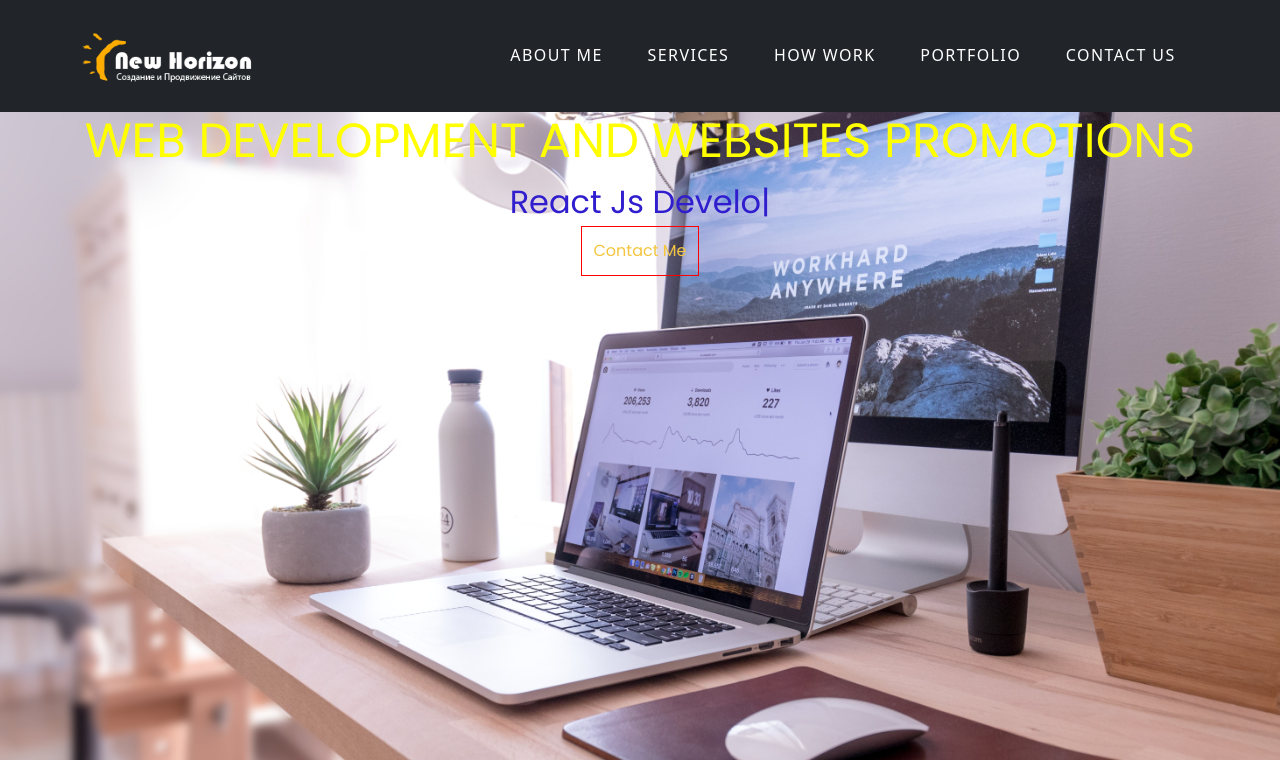
Repository: ahmedibrahimhassan654/React-Bootstrap-5
Page: /
An editor plug-in stored every save of this project. The page is shown before and after a run of saves, followed by the edit.
The browser window is 1280 px wide. The pictures show the whole page.
The project was rebuilt for these pictures with package versions that can differ from the ones it lists, and the page was loaded fresh each time.

Above is the page before, as saved 2021-11-25 07:35:32.

### public/index.html
<!DOCTYPE html>
<html lang="en">
  <head>
    <meta charset="utf-8" />
    <link rel="icon" href="%PUBLIC_URL%/favicon.ico" />
    <meta name="viewport" content="width=device-width, initial-scale=1" />
    <meta name="theme-color" content="#000000" />
    <meta
      name="description"
      content="Web site created using create-react-app"
    />
    <link rel="apple-touch-icon" href="%PUBLIC_URL%/logo192.png" />
    <!--
      manifest.json provides metadata used when your web app is installed on a
      user's mobile device or desktop. See https://developers.google.com/web/fundamentals/web-app-manifest/
    -->
    <link rel="manifest" href="%PUBLIC_URL%/manifest.json" />
    <!--
      Notice the use of %PUBLIC_URL% in the tags above.
      It will be replaced with the URL of the `public` folder during the build.
      Only files inside the `public` folder can be referenced from the HTML.

      Unlike "/favicon.ico" or "favicon.ico", "%PUBLIC_URL%/favicon.ico" will
      work correctly both with client-side routing and a non-root public URL.
      Learn how to configure a non-root public URL by running `npm run build`.
    -->
    <title>React App</title>
  </head>
  <body>
    <noscript>You need to enable JavaScript to run this app.</noscript>
    <div id="root"></div>


 <script src="https://cdn.jsdelivr.net/npm/bootstrap@5.0.2/dist/js/bootstrap.bundle.min.js" integrity="sha384-MrcW6ZMFYlzcLA8Nl+NtUVF0sA7MsXsP1UyJoMp4YLEuNSfAP+JcXn/tWtIaxVXM" crossorigin="anonymous"></script>

  </body>
</html>

### src/App.js
import "./App.css";
import "bootstrap/dist/css/bootstrap.min.css";
import Navbar from "./components/Navbar";
import Header from "./components/Header";
function App() {
  return (
    <>
      <Navbar />
      <Header />
    </>
  );
}

export default App;

### src/App.css
/* Font Imported */
@import url("https://fonts.googleapis.com/css2?family=Poppins:wght@300;400&family=Work+Sans:wght@300&display=swap");

:root {
  --primary-white: #fff;
  --primary-orage: #f4c53f;
  --primary-dark: #212529;
  --primary-green: #44ee17;
}

body {
  font-family: "Poppins", sans-serif;
}
/* Nav Bar */
.logo {
  width: 16.25rem;
}
/* Menu Link */

nav a.nav-link {
  /* font-weight: 900; */
  letter-spacing: 0.0875rem;
  cursor: pointer;
}
nav ul li {
  text-transform: uppercase;
}
.navbar-nav li a {
  color: var(--primary-white) !important;
  margin-right: 0.9rem;
  margin-left: 0.9rem;
  border-bottom: 0.1875rem solid var(--primary-dark);
}
.navbar-brand {
  max-width: 17.25rem;
  padding: 0 !important;
  height: 6rem;
}
.navbar-nav li a.active,
.navbar-nav li a.active:focus {
  border-bottom: 0.1875rem solid var(--primary-orage);
}
.navbar-nav li a:hover {
  border-top: 0.1875rem solid var(--primary-green);
}
/* Header */
.header-wraper {
  position: relative;
  background-image: url("/src/img/cover.jpg");
  background-size: cover;
  background-position: center;
  height: 90vh;
}
.maininfo {
  display: flex;
  flex-direction: column;
  justify-content: center;
  align-items: center;
  text-align: center;

  font-family: "Poppins", sans-serif;
}
.maininfo h1 {
  color: yellow;
  text-transform: uppercase;
  top: 0;
  font-size: 3rem;
}

.text-typed {
  color: #2f1dce;
  font-size: 2rem;
}
.btn-main-offer {
  border: 1px solid red;
  text-decoration: none;
  border-radius: 0;
  padding: 12px 12px 12px 12px;
  color: var(--primary-orage);
}

### src/components/Navbar.jsx
import React from "react";
import logo from "../logo.png";

import { FontAwesomeIcon } from "@fortawesome/react-fontawesome";
import { faBars } from "@fortawesome/free-solid-svg-icons";

const Navbar = () => {
  return (
    <>
      <nav className="navbar navbar-expand-lg navbar-light bg-dark">
        <div className="container">
          <a className="navbar-brand" href="#">
            <img className="logo" src={logo} alt=" logo ...." />
          </a>
          <button
            className="navbar-toggler"
            type="button"
            data-bs-toggle="collapse"
            data-bs-target="#navbarSupportedContent"
            aria-controls="navbarSupportedContent"
            aria-expanded="false"
            aria-label="Toggle navigation"
          >
            <FontAwesomeIcon icon={faBars} style={{ color: "orange" }} />
          </button>
          <div className="collapse navbar-collapse" id="navbarSupportedContent">
            <ul className="navbar-nav ms-auto mb-2 mb-lg-0">
              <li className="nav-item">
                <a className="nav-link " aria-current="page" href="#">
                  about me
                </a>
              </li>
              <li className="nav-item">
                <a className="nav-link" href="#">
                  services
                </a>
              </li>
              <li className="nav-item">
                <a className="nav-link" href="#">
                  How work
                </a>
              </li>
              <li className="nav-item">
                <a className="nav-link" href="#">
                  Portfolio
                </a>
              </li>
              <li className="nav-item">
                <a className="nav-link" href="#">
                  Contact Us
                </a>
              </li>
            </ul>
          </div>
        </div>
      </nav>
    </>
  );
};

export default Navbar;

### src/components/Header.jsx
import React from "react";
import Typed from "react-typed";
const Header = () => {
  return (
    <div className="header-wraper">
      <div className="maininfo">
        <h1> web development and websites promotions</h1>
        <Typed
          className="text-typed"
          strings={[
            "Node Js Developer",
            "React Js Developer",
            "MERN Stack Web Developer",
          ]}
          typeSpeed={80}
          backSpeed={60}
          loop
        />
        <a href="#" className="btn-main-offer">
          Contact Me
        </a>
      </div>
    </div>
  );
};

export default Header;

Loaded but not shown: src/index.js (common file); src/reportWebVitals.js (common file)

After the next 8 saves:
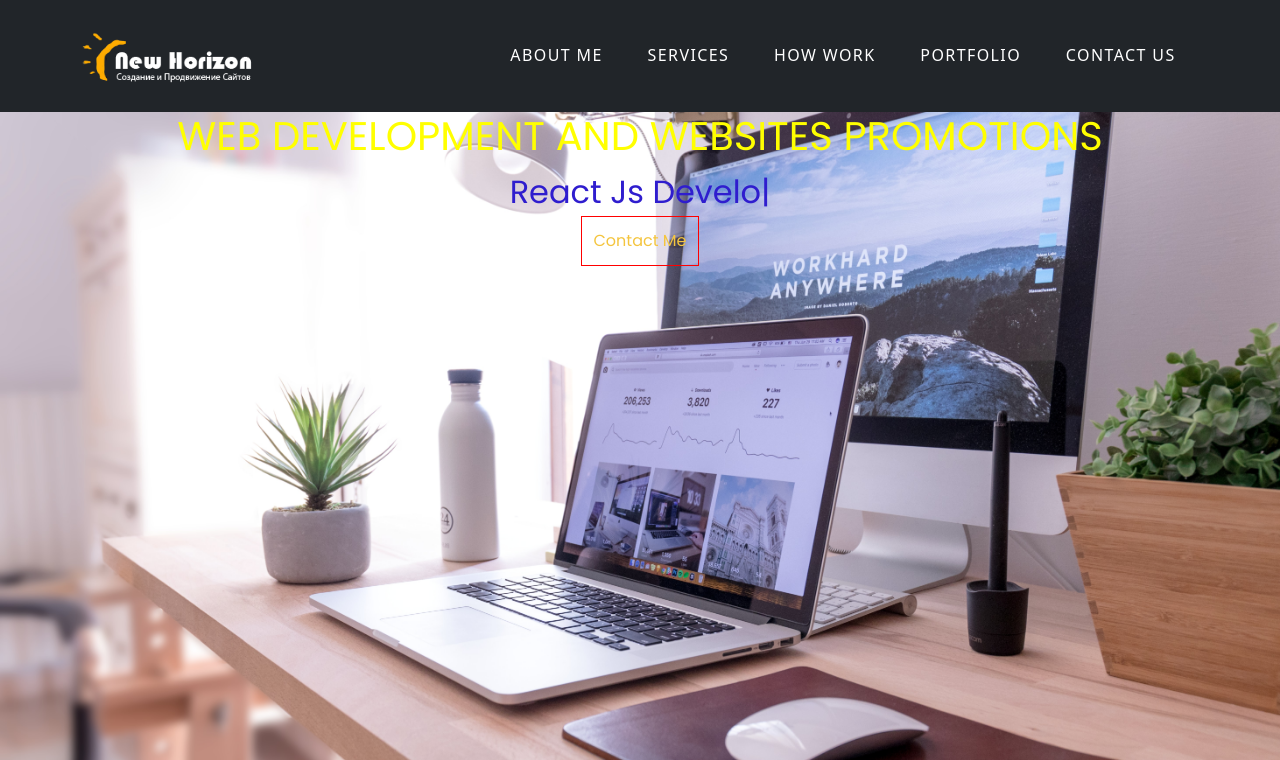
The 8 saves are shown as one change because they came seconds apart.
The last was saved 20 s later.
--- a/src/App.css
+++ b/src/App.css
@@ -64,6 +64,8 @@
   color: yellow;
   text-transform: uppercase;
   top: 0;
+  right: 0;
+  bottom: 0
   font-size: 3rem;
 }
 

After the save that followed:
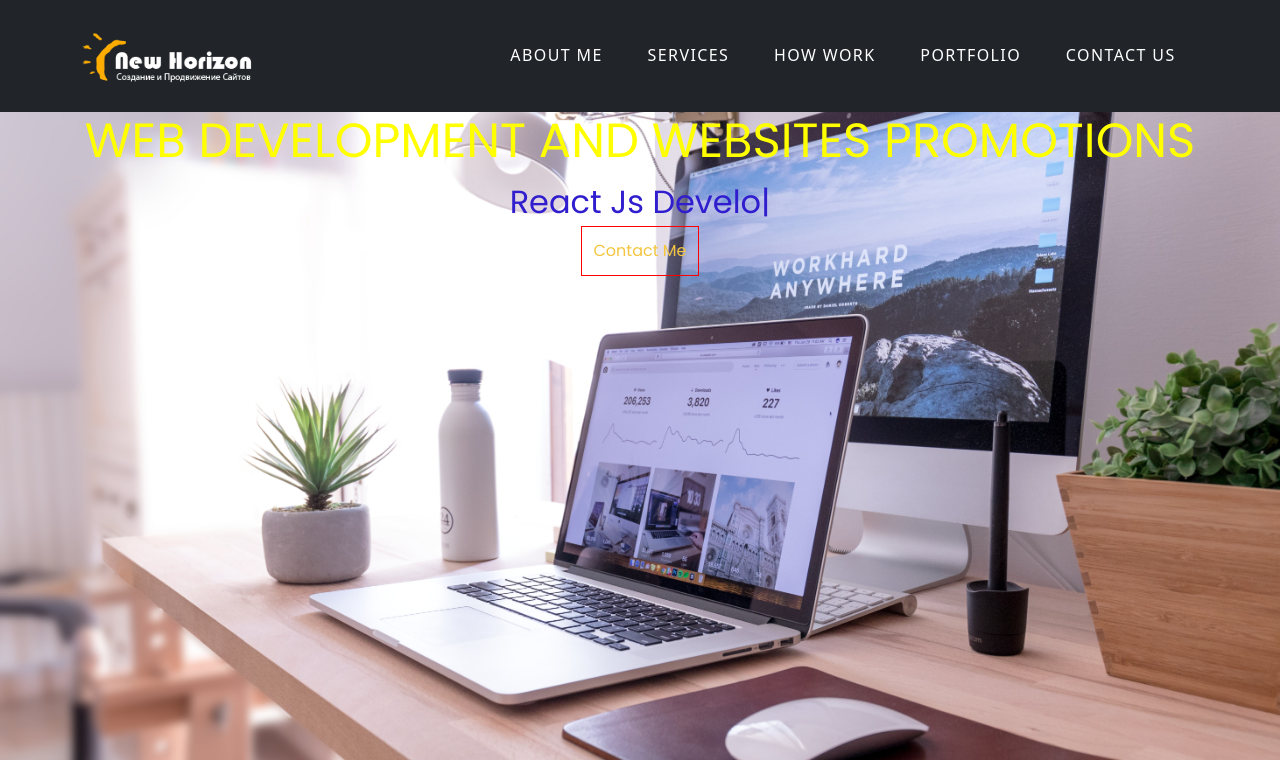
Saved 6 s later.
--- a/src/App.css
+++ b/src/App.css
@@ -65,7 +65,7 @@
   text-transform: uppercase;
   top: 0;
   right: 0;
-  bottom: 0
+  bottom: 0;
   font-size: 3rem;
 }
 
